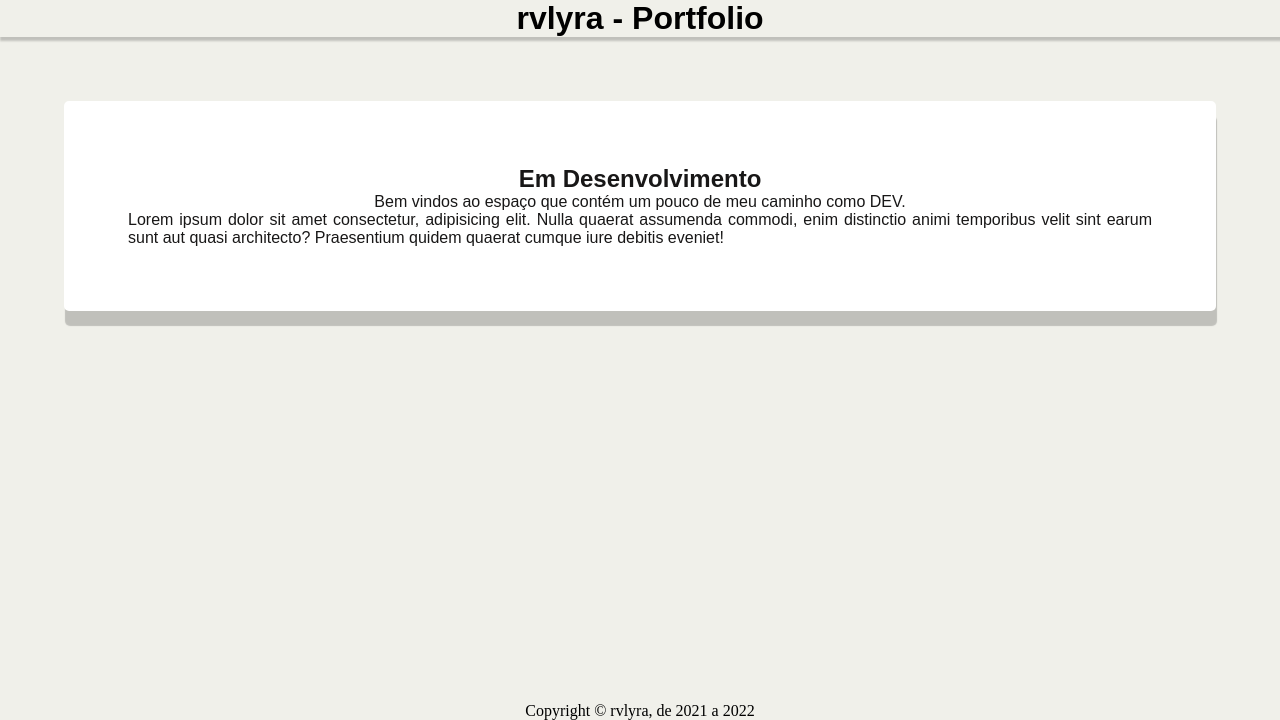
Repository: rvlyra/splash-screen-rvlyra
Page: Portfolio-RVLYRA/public/index.html
These files come from the project's save history. The page is drawn as it stood at one moment and after the next save; the edit follows.
The browser window is 1280 px wide. The pictures show the whole page.
Some web fonts or font styles are not loaded; a fallback is used.

Above is the page before, as saved 2022-07-06 09:40:37.

After the next save:
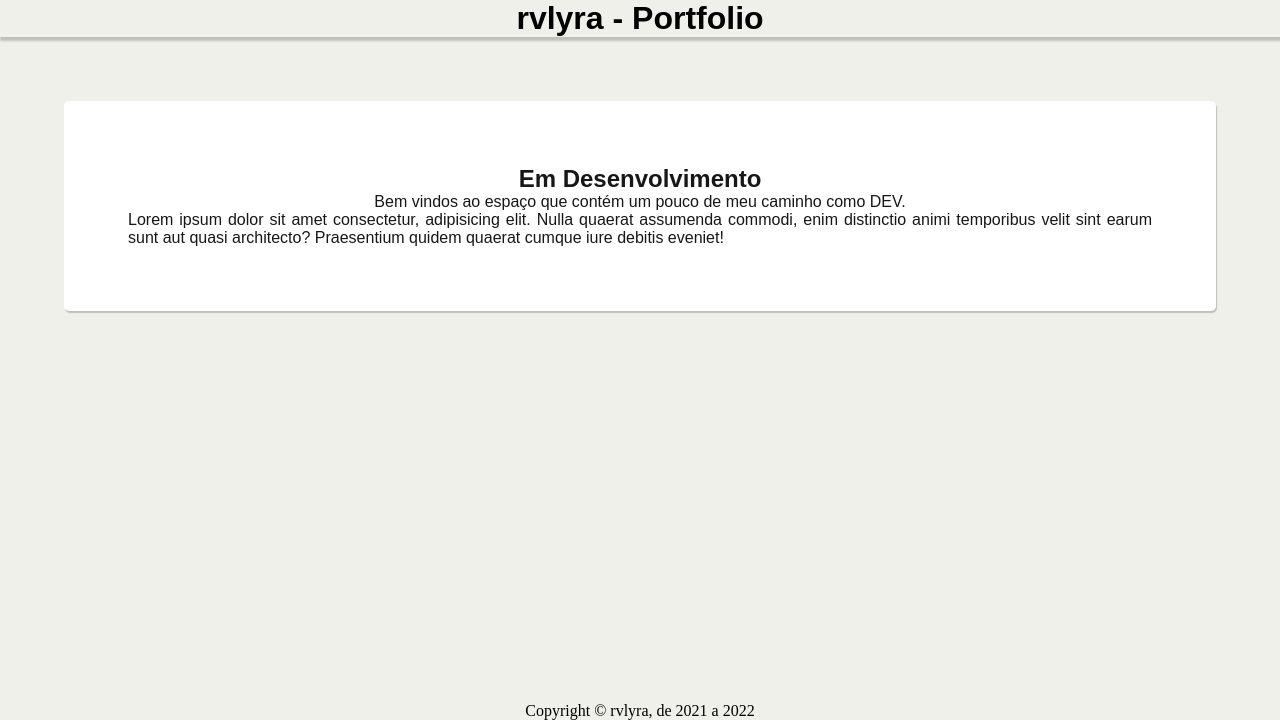
Saved 6 s later.
--- a/Portfolio-RVLYRA/assets/src/css/rl.main.css
+++ b/Portfolio-RVLYRA/assets/src/css/rl.main.css
@@ -31,7 +31,7 @@
     margin: 5%;
     padding: 5%;
     border-radius: 5px;
-    box-shadow: 1px 15px 1px  rgba(0, 0, 0, 0.2);
+    box-shadow: 1px 2px 1px  rgba(0, 0, 0, 0.2);
 
     background-color:rgb(255, 255, 255);
 

After the save that followed:
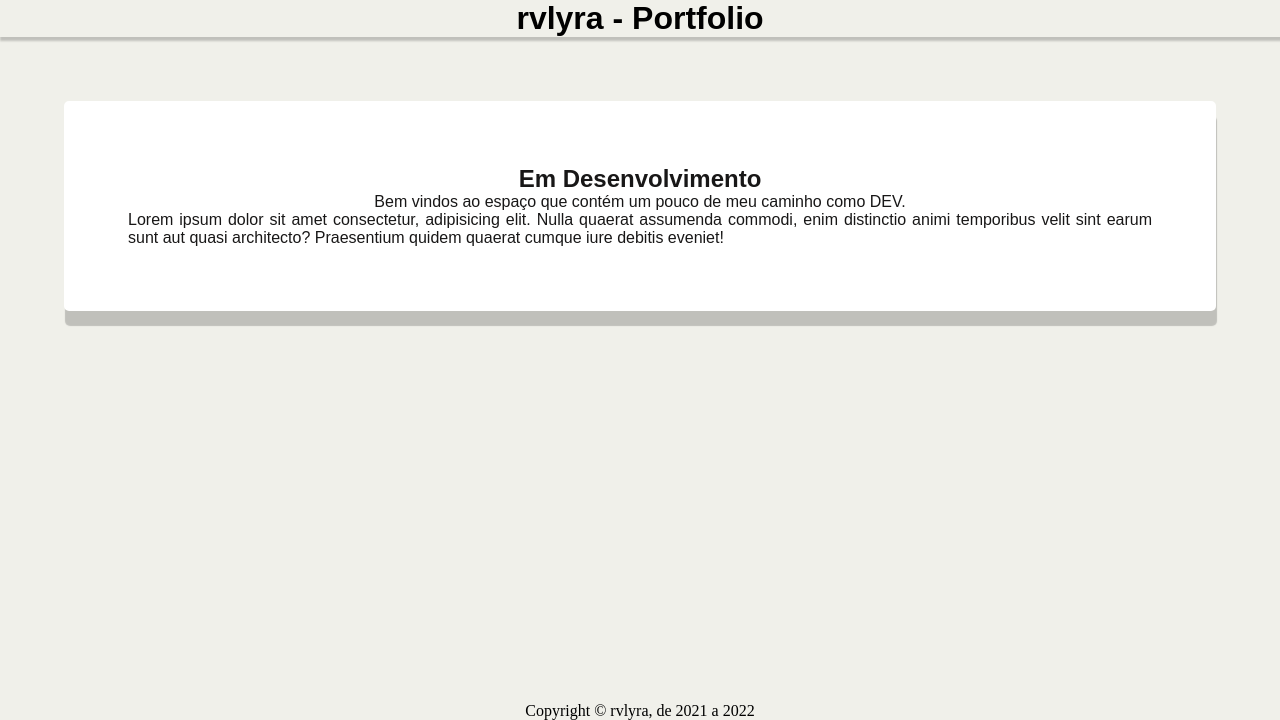
Saved 4 s later.
--- a/Portfolio-RVLYRA/assets/src/css/rl.main.css
+++ b/Portfolio-RVLYRA/assets/src/css/rl.main.css
@@ -31,7 +31,7 @@
     margin: 5%;
     padding: 5%;
     border-radius: 5px;
-    box-shadow: 1px 2px 1px  rgba(0, 0, 0, 0.2);
+    box-shadow: 1px 15px 1px  rgba(0, 0, 0, 0.2);
 
     background-color:rgb(255, 255, 255);
 
